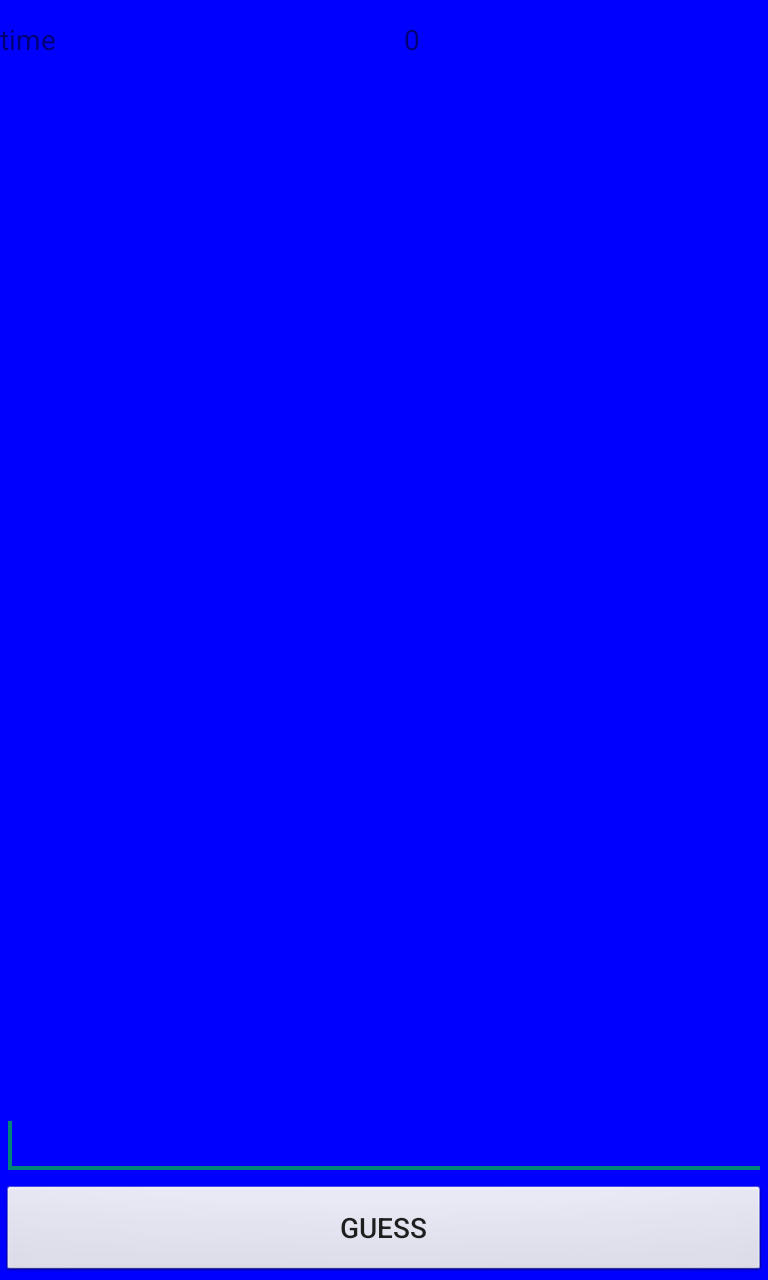
Repository: bdagostino/cse5236FinalProject
Layout: GuessThatImage/res/layout/activity_game.xml
These files come from the project's save history. The layout is drawn as it stood at one moment and after the next save; the edit follows.
It is drawn on a 768 x 1280 px phone screen (xhdpi) without system bars, with theme AppTheme; the app's code is not run.

Above is the layout before, as saved 2014-07-03 23:08:28.

After the next save:
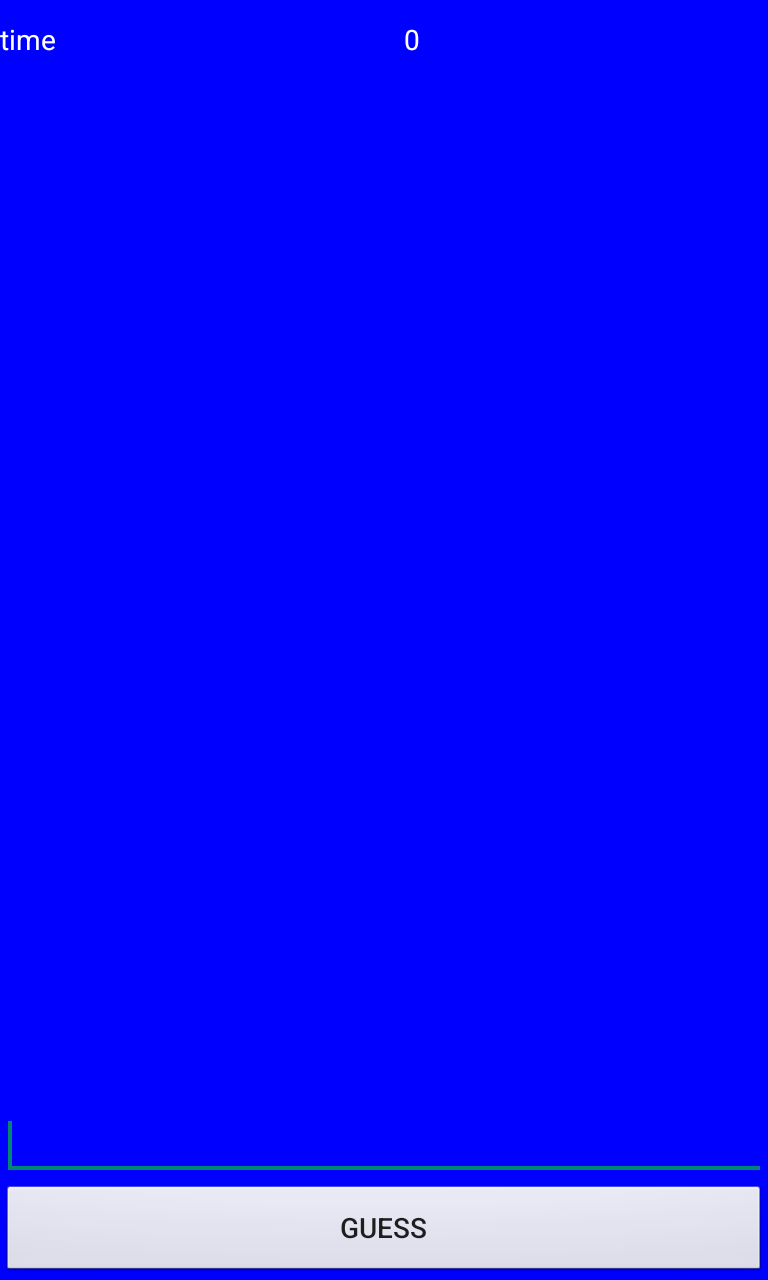
Saved 39 s later.
--- a/GuessThatImage/res/layout/activity_game.xml
+++ b/GuessThatImage/res/layout/activity_game.xml
@@ -24,14 +24,16 @@
                 android:layout_width="wrap_content"
                 android:layout_height="wrap_content"
                 android:layout_weight="0.5"
-                android:text="time" />
+                android:text="time"
+                android:textColor="@android:color/white"/>
 
             <TextView
                 android:id="@+id/current_score"
                 android:layout_width="wrap_content"
                 android:layout_height="wrap_content"
                 android:layout_weight="0.5"
-                android:text="0" />
+                android:text="0"
+                android:textColor="@android:color/white"/>
         </TableRow>
 
         <TableLayout
